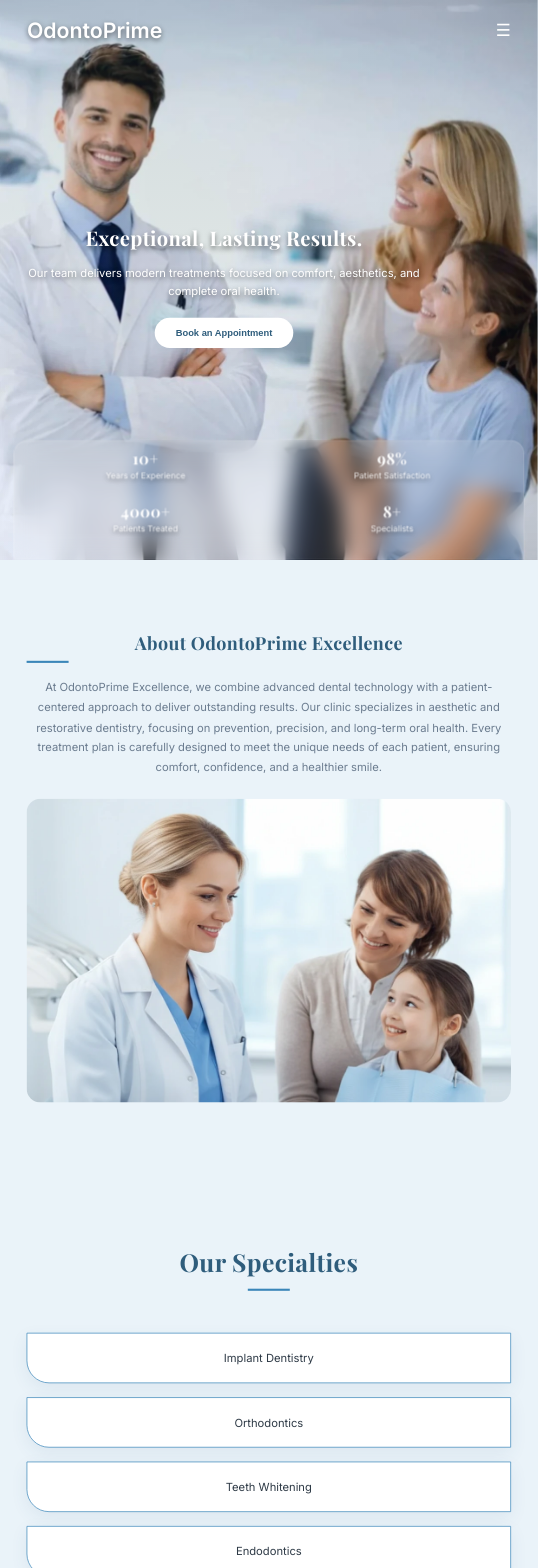
Repository: davidfsillva/OdontoPrime
Page: index.html
An editor plug-in stored every save of this project. The page is shown before and after the next save, followed by the edit.
The browser window is 768 px wide. The pictures show the part of the page from y = 0 to 2240 px (the page is 3846 px tall), at 70% of full size.

Above is the page before, as saved 2026-02-17 09:12:24.

After the next save:
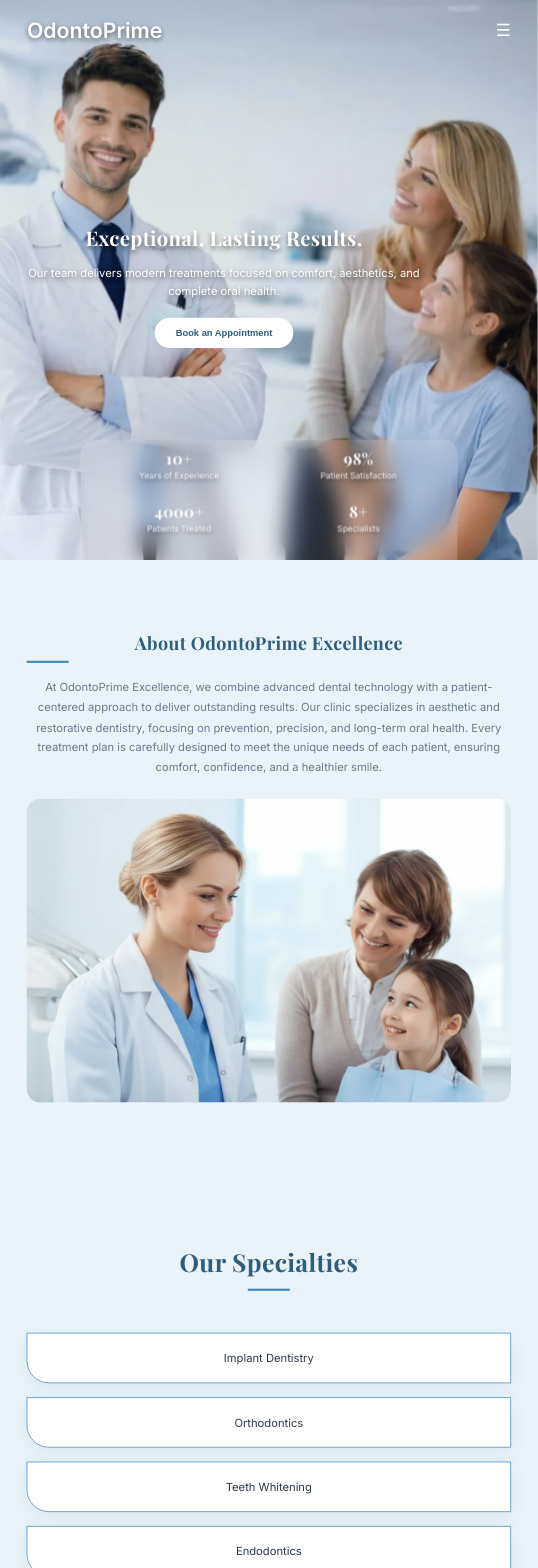
Saved 7 s later.
--- a/style.css
+++ b/style.css
@@ -638,7 +638,7 @@
         left: 50%;
         transform: translateX(-50%);
         width: 95%;
-        max-width: 100%;
+        max-width: 70%;
         border-radius: 20px 20px 0 0;
         padding: 10px 12px 10px;
         gap: 1px;

After the save that followed:
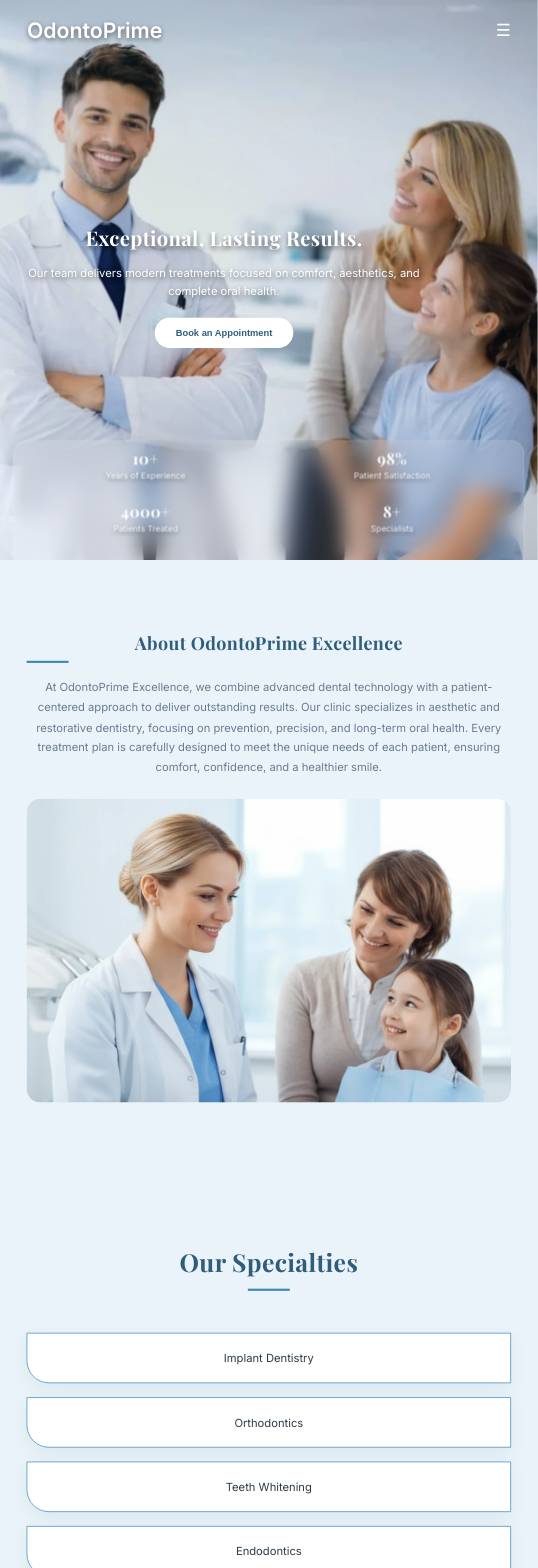
Saved 5 s later.
--- a/style.css
+++ b/style.css
@@ -638,7 +638,7 @@
         left: 50%;
         transform: translateX(-50%);
         width: 95%;
-        max-width: 70%;
+        max-width: 100%;
         border-radius: 20px 20px 0 0;
         padding: 10px 12px 10px;
         gap: 1px;
